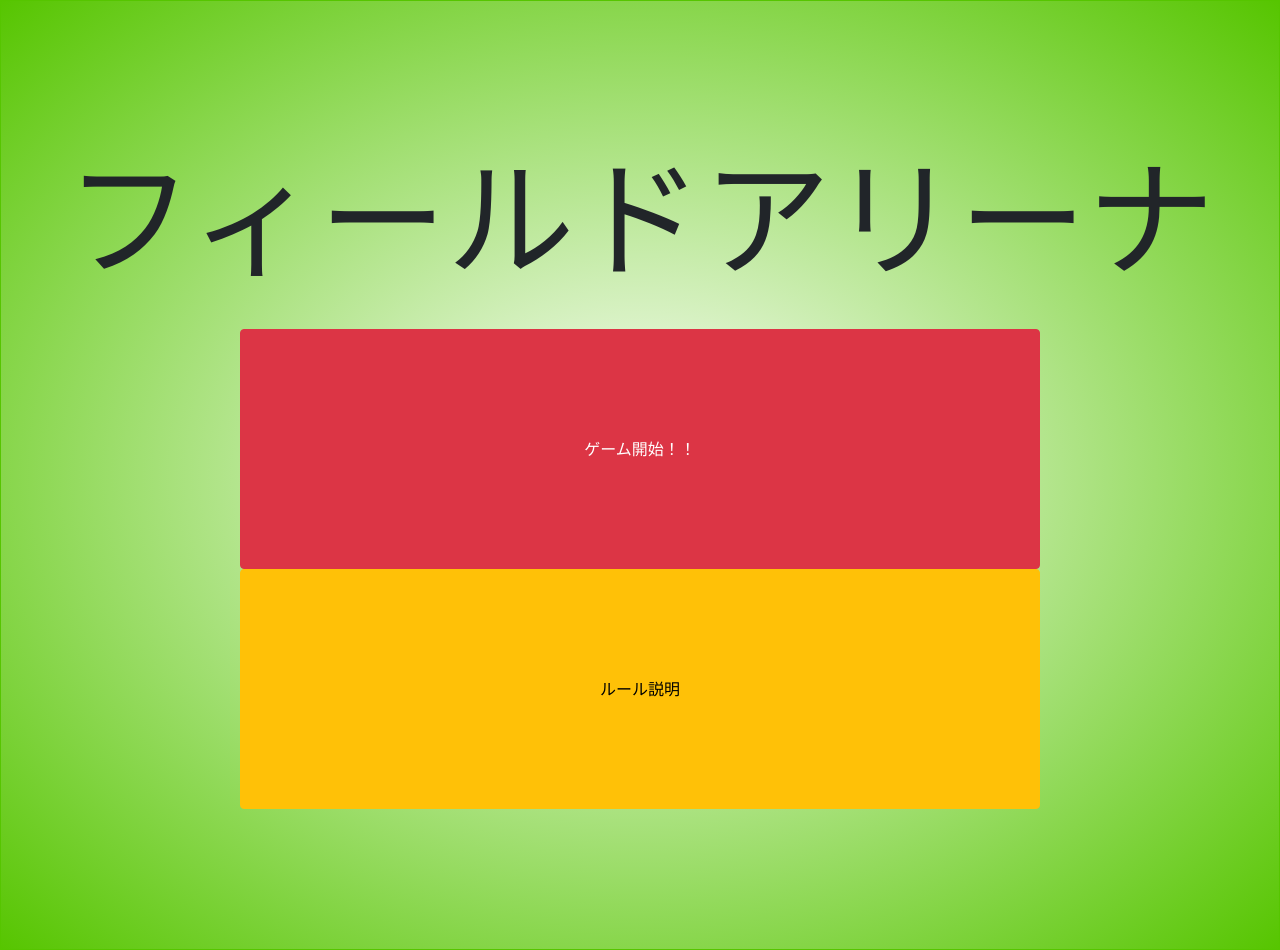
Repository: e1b21074/field_arena
Page: .log/field_arena/src/main/resources/static/index.html
These files come from the project's save history. The page is drawn as it stood at one moment and after the next save; the edit follows.
The browser window is 1280 px wide. The pictures show the whole page.

Above is the page before, as saved 2024-01-09 15:08:52.

### .log/field_arena/src/main/resources/static/index.html
<!DOCTYPE html>
<html lang="en">

<head>
  <meta charset="UTF-8">
  <meta name="viewport" content="width=device-width, initial-scale=1.0">
  <!-- bootstrap CSS -->
  <link href="https://cdn.jsdelivr.net/npm/bootstrap@5.0.2/dist/css/bootstrap.min.css" rel="stylesheet"
    integrity="sha384-EVSTQN3/azprG1Anm3QDgpJLIm9Nao0Yz1ztcQTwFspd3yD65VohhpuuCOmLASjC" crossorigin="anonymous">

  <title>カードゲーム</title>

  <style>
    .title{
      font-size: 128px;
    }

  button {
    width: 50em;
    height:15em;
  }

    .gradient {
      background:radial-gradient(#fff, #56C500);
      height: 950px;
      border: 1px solid #56C500;
  }
  </style>
</head>

<body class="gradient">
  <center>
    <div style="text-align: center;">
      <br><br><br><br><br>
      <p class="title">
      フィールドアリーナ
      </p>
      <button type="button" class="btn btn-danger" onclick="location.href='/gamearea'">ゲーム開始！！</button>
      <button type="button" class="btn btn-warning" onclick="location.href='/rule'">ルール説明</button>
    </div>
  </center>

  <script src="https://cdn.jsdelivr.net/npm/bootstrap@5.0.2/dist/js/bootstrap.bundle.min.js"
    integrity="sha384-MrcW6ZMFYlzcLA8Nl+NtUVF0sA7MsXsP1UyJoMp4YLEuNSfAP+JcXn/tWtIaxVXM"
    crossorigin="anonymous"></script>
</body>

</html>

After the next save:
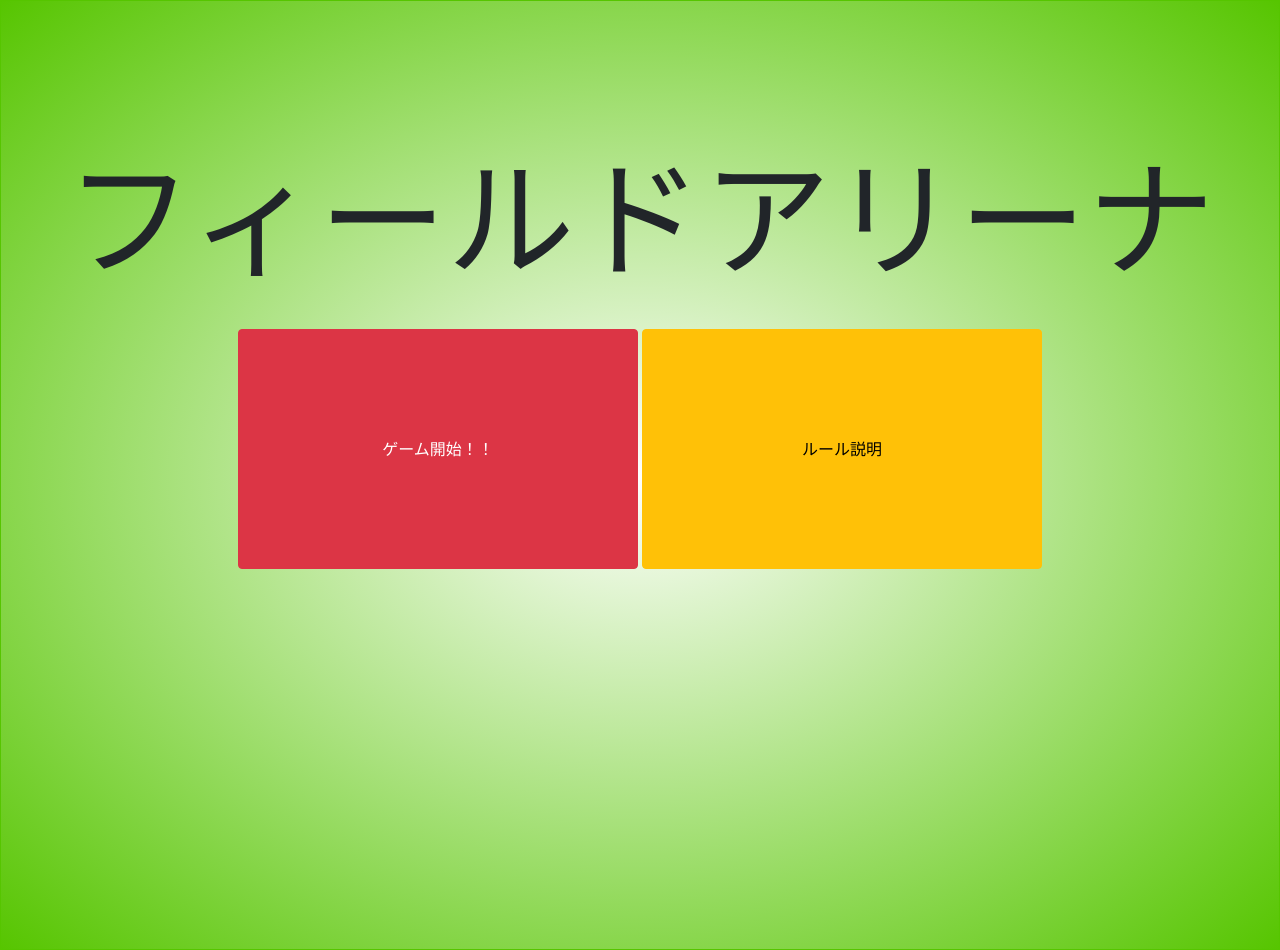
Saved 15 s later.
--- a/.log/field_arena/src/main/resources/static/index.html
+++ b/.log/field_arena/src/main/resources/static/index.html
@@ -16,7 +16,7 @@
     }
 
   button {
-    width: 50em;
+    width: 25em;
     height:15em;
   }
 
